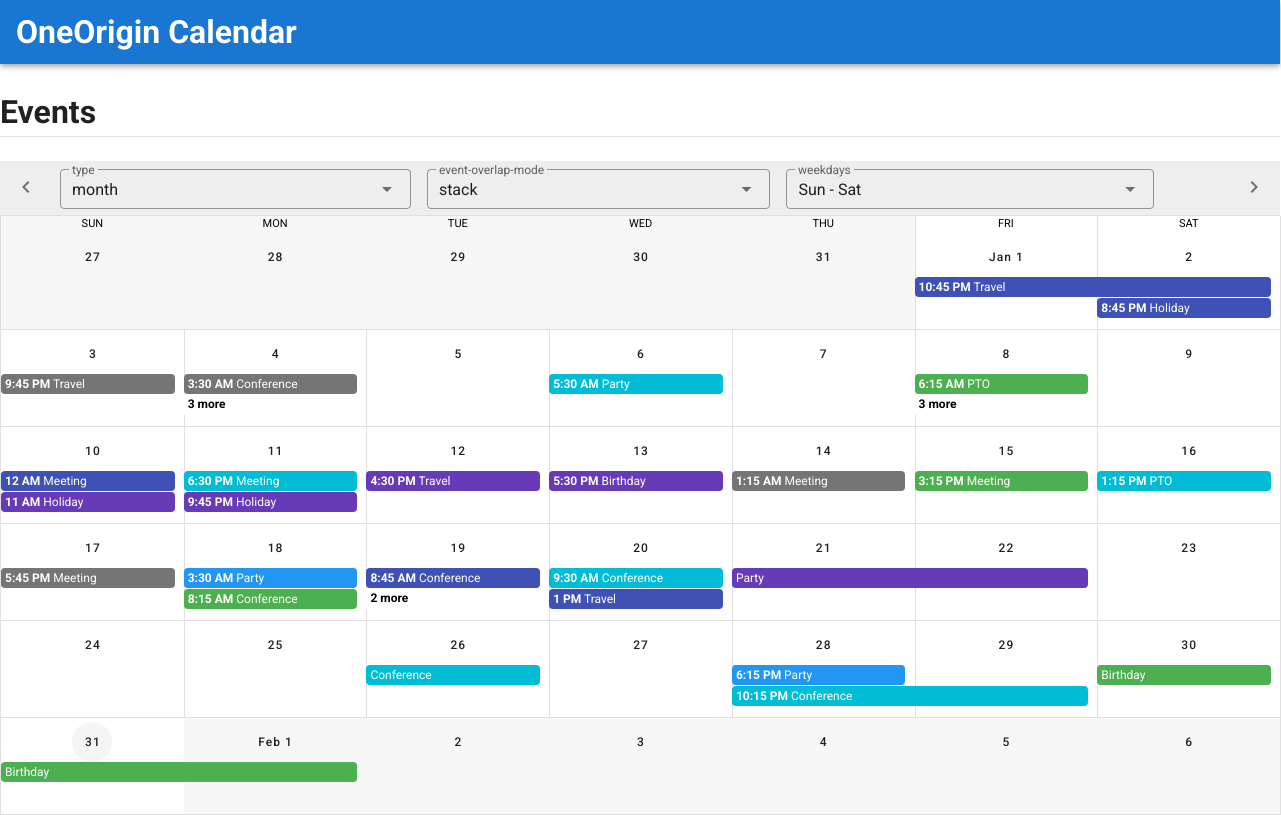
Repository: Shinobi247/OO-Calenda-events
Page: /
These files come from the project's save history. The page is drawn as it stood at one moment and after the next save; the edit follows.
The browser window is 1280 px wide. The page is 1281 px wide, so the pictures cover 1281 px, including what lies to the right of the window. The pictures show the whole page.
The project was rebuilt for these pictures with package versions that can differ from the ones it lists, and the page was loaded fresh each time. Also part of the build but not shown: vue.config.js.

Above is the page before, as saved 2021-02-01 15:00:42.

After the next save:
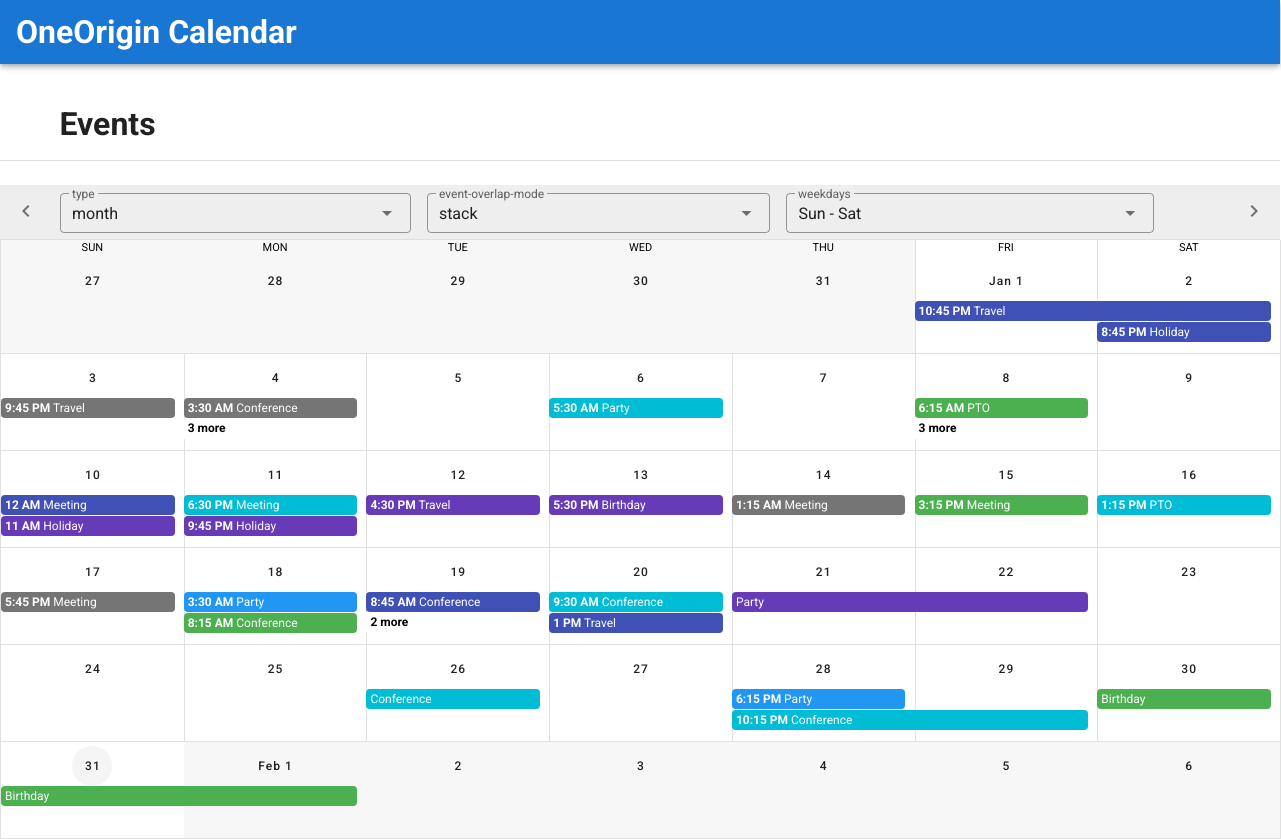
Saved 24 s later.
--- a/src/App.vue
+++ b/src/App.vue
@@ -35,9 +35,9 @@
 
     <v-main>
       <br />
-      <v-flex>
+      <v-container>
         <h1>Events</h1>
-      </v-flex>
+      </v-container>
       <v-divider></v-divider>
       <br />
       <Calendar />
